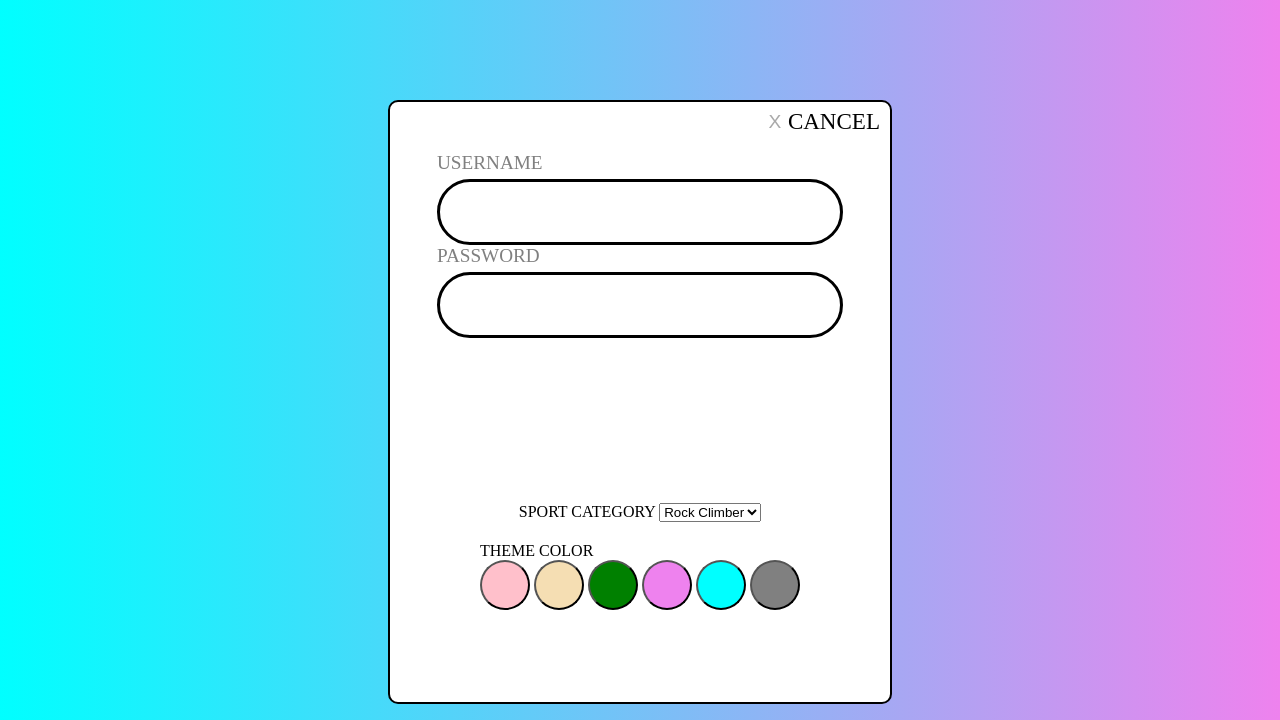
Repository: zRush1202/LoginPage-demo
Page: dom/exercise/login.html
An editor plug-in stored every save of this project. The page is shown before and after the next save, followed by the edit.
The browser window is 1280 px wide. The pictures show the whole page.

Above is the page before, as saved 2023-09-17 09:43:56.

After the next save:
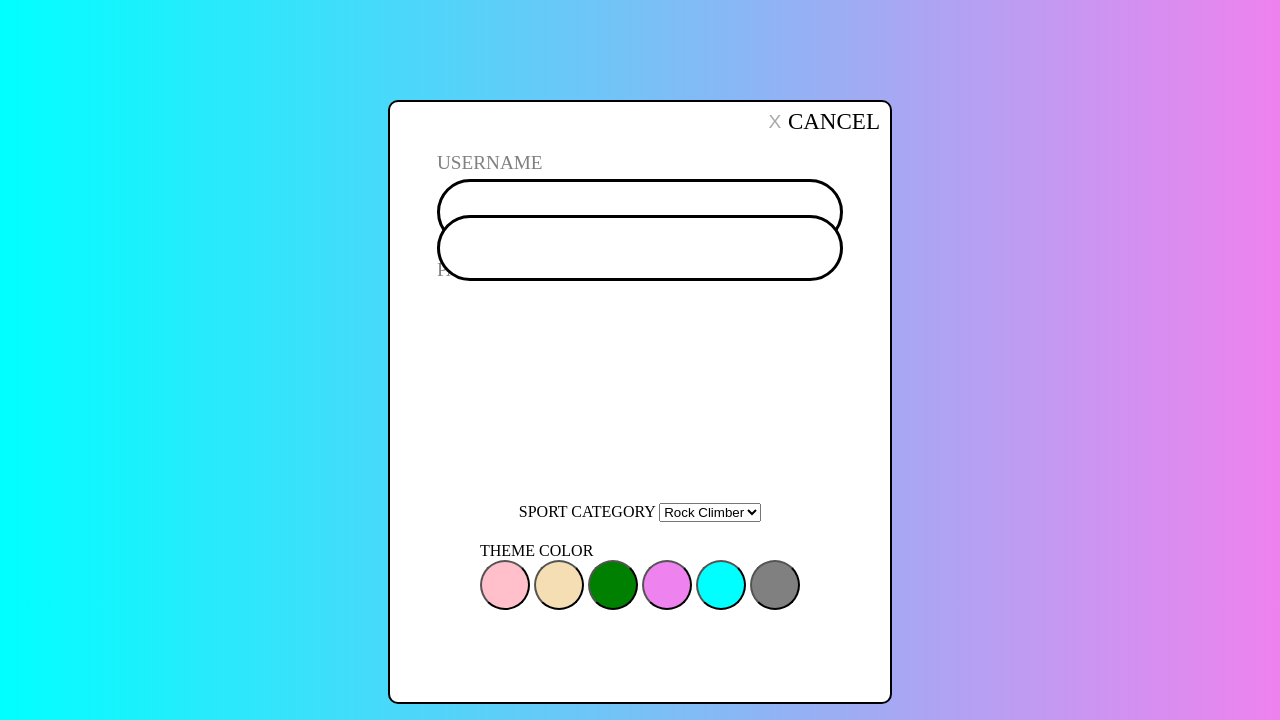
Saved 45 s later.
--- a/dom/exercise/login.css
+++ b/dom/exercise/login.css
@@ -66,6 +66,10 @@ body {
 
 .tk {
     position: relative;
+}
+
+.pass, .pa {
+    position: absolute;
     bottom: 0;
 }
 
